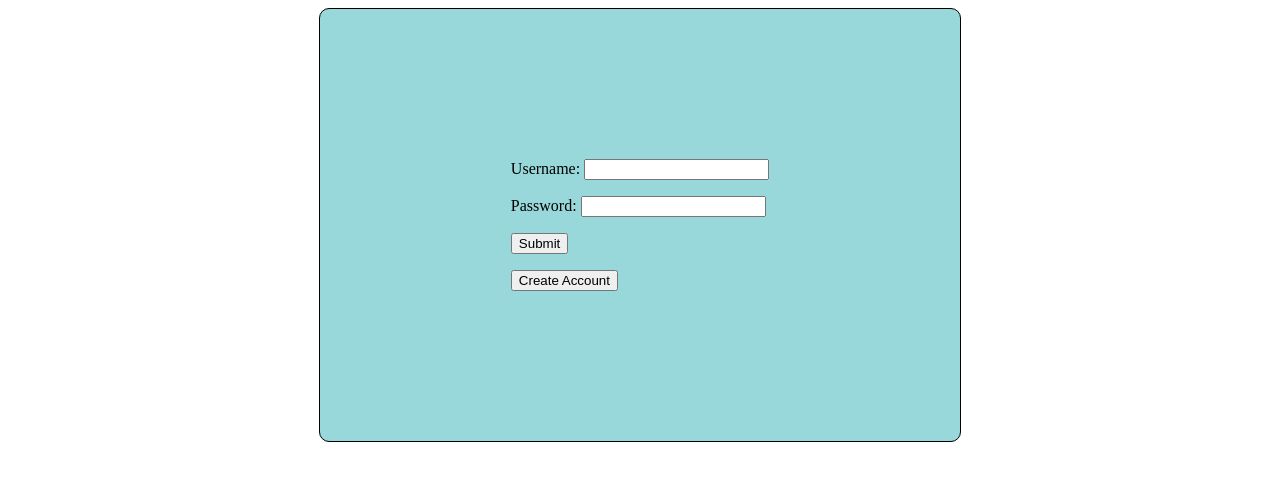
Repository: Jtho28/4830-group-project
Page: Esports-webproj/src/main/webapp/WEB-INF/Login.html
These files come from the project's save history. The page is drawn as it stood at one moment and after the next save; the edit follows.
The browser window is 1280 px wide. The pictures show the whole page.

Above is the page before, as saved 2022-11-16 20:46:37.

### Esports-webproj/src/main/webapp/WEB-INF/Login.html
<!DOCTYPE html>
<html>
<head>
<meta charset="UTF-8">
<title>Login</title>
<link rel="stylesheet" href="login.css">
</head>
<body>
<div class="login">
<form action="Login" method="post">
<p>Username: <input type="text" name="username" /></p>
<p>Password: <input type="password" name="password" /></p>
<p><input type="submit" /></p>
<p><button type="button">
Create Account
</button>
</form>
</div>
</body>
</html>

### Esports-webproj/src/main/webapp/WEB-INF/login.css
@charset "UTF-8";

body {
	display: flex;
	align-items: center;
	justify-content: center;

}

.login {
	height: 60vh;
	width: 50vw;
	display: flex;
	align-items: center;
	justify-content: center;
	border: 1px solid black;
	border-radius: 10px;
	background: rgba(50, 176, 181, .50);
}

h1 {
	color: yellow;
	margin-left: 20px;
}

After the next save:
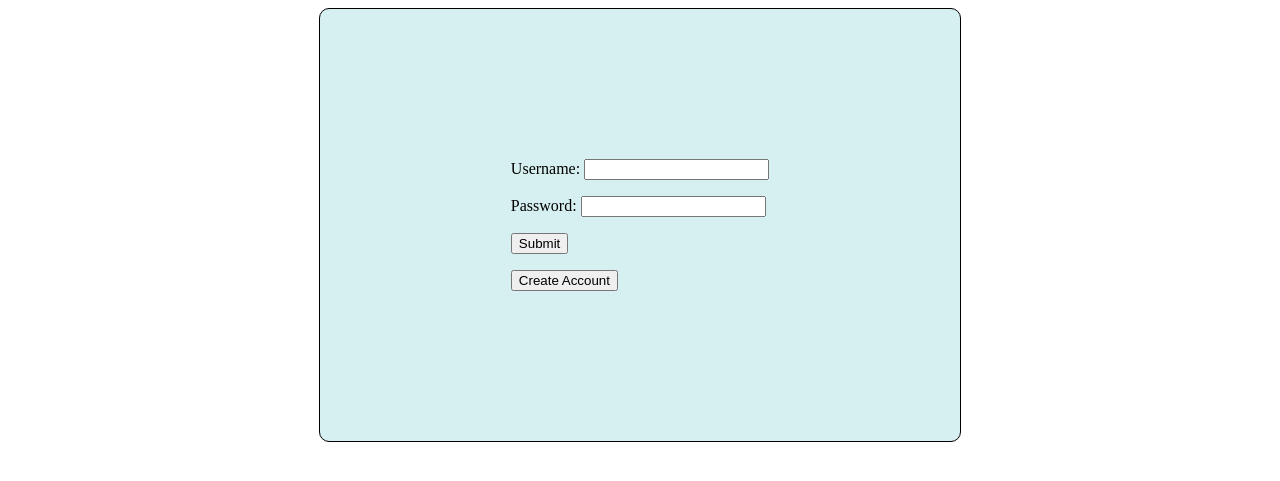
Saved 7 s later.
--- a/Esports-webproj/src/main/webapp/WEB-INF/login.css
+++ b/Esports-webproj/src/main/webapp/WEB-INF/login.css
@@ -15,7 +15,7 @@ body {
 	justify-content: center;
 	border: 1px solid black;
 	border-radius: 10px;
-	background: rgba(50, 176, 181, .50);
+	background: rgba(50, 176, 181, .2);
 }
 
 h1 {
